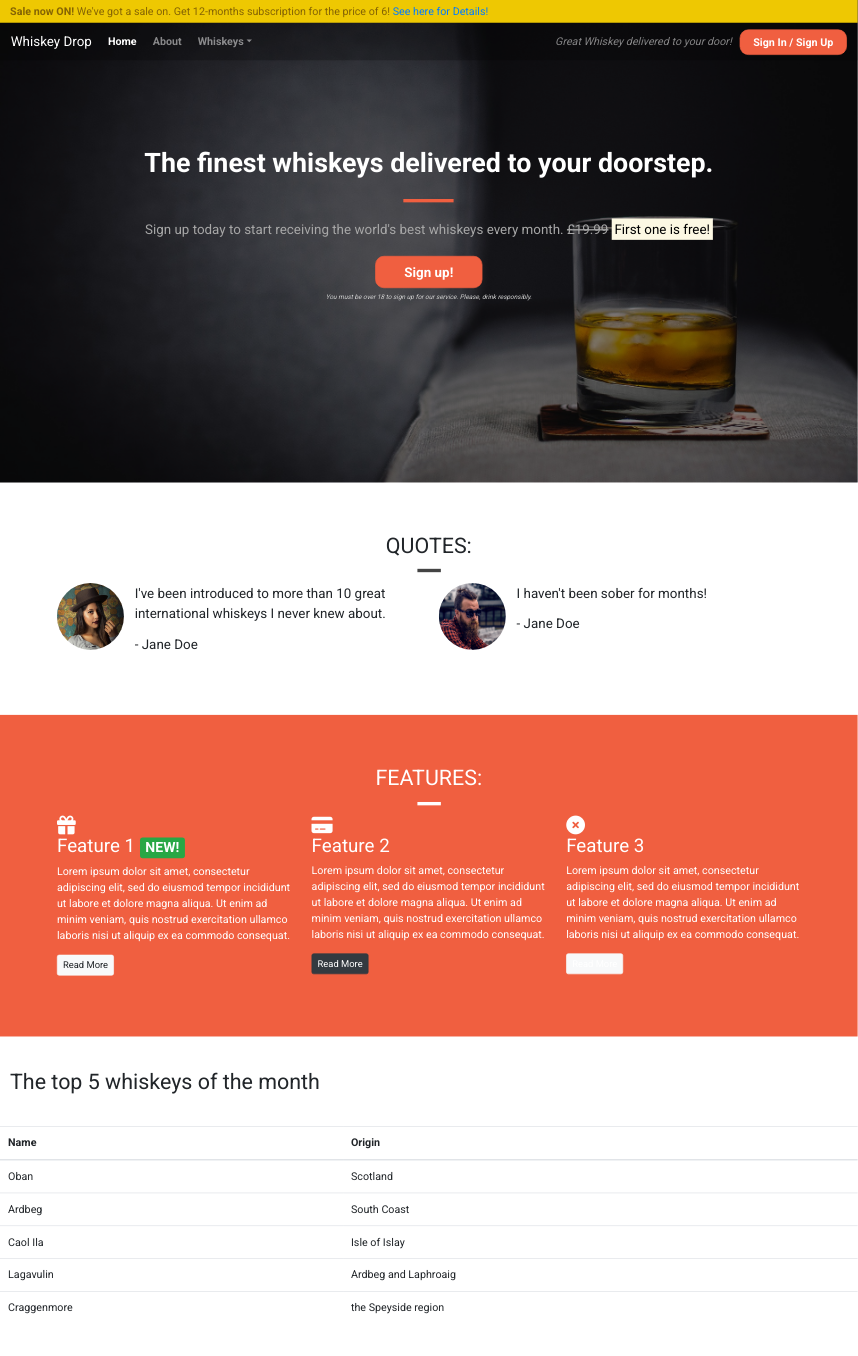
Repository: hidayatmansuri/BootStrap
Page: index.html
The author's editor kept a record of every edit. The page is drawn from the files as they stood at one moment, then again after the next edit.
The browser window is 1280 px wide. The pictures show the whole page, at 67% of full size.
Backgrounds fixed to the window are drawn as part of the page. Some web libraries are served in a nearby version.

Above is the page before.

### index.html
<!DOCTYPE html>
<html lang="en-us">

<head>
    <meta charset="utf-8">
    <meta name="viewport" content="width=device-width, initial-scale=1.0">
    <meta http-equiv="X-UA-Compatible" content="ie=edge">
    <title>Whiskey Drop | Taste a new whiskey every month</title>
    <link rel="stylesheet" href="https://maxcdn.bootstrapcdn.com/bootstrap/4.1.3/css/bootstrap.min.css">
    <script src="https://kit.fontawesome.com/011e87d520.js"></script>
    <link href="https://fonts.googleapis.com/css?family=Roboto:400,700&display=swap" rel="stylesheet">
    <link rel="stylesheet" href="css/style.css" type="text/css" />
</head>

<body>
    <div class="container-fluid navalert-container">
        <div class="container-fluid alert-container">
            <div class="row d-none d-sm-block">
                <div class="col-12">
                    <div class="site-wide-alert aler alert-warning">
                        <strong>Sale now ON!</strong> We've got a sale on. Get 12-months subscription for the price of 6! <a href="">See here for Details!</a>
                    </div>
                </div>
            </div>
        </div>
        <nav class="navbar navbar-dark navbar-expand-sm">
            <a href="/" class="navbar-brand"> Whiskey Drop</a>
            <button class="navbar-toggler ml-auto" type="button" data-toggle="collapse" data-target="#navbarNavDropdown" aria-controls="navbarNavDropdown" aria-expanded="false" aria-label="Toggle navigation">
        <span class="navbar-toggler-icon"></span></button>
            <div class="collapse navbar-collapse" id="navbarNavDropdown">
                <ul class="navbar-nav mr-auto">
                    <li class="active nav-item mr-2"><a class="nav-link" href="/">Home</a></li>
                    <li class="nav-item mr-2"><a class="nav-link" href="/ about">About</a></li>
                    <li class="nav-item dropdown">
                        <a class="nav-link dropdown-toggle" href="#" id="navbarDropdownMenuLink" role="button" data-toggle="dropdown" aria-haspopup="true" aria-expanded="false">Whiskeys</a>
                        <div class="dropdown-menu" aria-labelledby="navbarDropdownMenuLink">
                            <a class="dropdown-item" href="#">Irish</a>
                            <a class="dropdown-item" href="#">Scotch</a>
                            <a class="dropdown-item" href="#">Japanese</a>
                            <a class="dropdown-item" href="#">American</a>
                        </div>
                    </li>
                    <li class="nav-item mr-2 d-block d-sm-none">
                        <a class="nav-link " href="/ login">Sign In / Sign Up</a></li>
                </ul>
            </div>
            <div class="d-none d-md-block">
                <p class="navbar-text my-auto mr-2"><i>Great Whiskey delivered to your door!</i></p>
                <a href="/login" class="btn btn--cta btn--red"> Sign In / Sign Up</a>
            </div>
        </nav>
    </div>

    <!-- Callout -->
    <div class="container-fluid callout-container">
        <div class="opaque-overlay">&nbsp</div>
        <div class="row ">
            <div class="col-12">
                <section class="callout jumbotron text-center">
                    <h1 class="jumbotron-header">The finest whiskeys delivered to your doorstep.</h1>
                    <hr class="block-divider block-divider--orange">
                    <p class="lead">Sign up today to start receiving the world's best whiskeys every month.
                        <s class="d-none d-sm-inline">£19.99</s>
                        <span class="d-inline d-sm-none"><br></span>
                        <strong><mark>First one is free!</mark></strong></p>
                    <button class="btn btn-lg btn--cta btn--red" data-toggle="modal" data-target="#signUpModal">Sign up!</button>
                    <p class="text-muted"><small>You must be over 18 to sign up for our service. Please, drink responsibly.</small></p>
                </section>
            </div>
        </div>
    </div>
    <!-- /.callout -->


    <!-- Quotes -->
    <div class="container-wrapper">
        <div class="container quotes-container content-container">
            <section class="quotes">
                <div class="row">
                    <div class="col-12 page-header">
                        <h2 class="text-uppercase">Quotes:</h2>
                        <hr class="block-divider block-divider--short">
                    </div>
                </div>
                <div class="row">
                    <div class="col-12 col-md-6">
                        <div class="media">
                            <div class="d-none d-sm-block">
                                <img src="images/girl-image.png" class="rounded-circle mr-3" height=100 width=100>
                            </div>
                            <div class="media-body">
                                <blockquote class="blockquote">
                                    <p>I've been introduced to more than 10 great international whiskeys I never knew about.</p>
                                    <p>- Jane Doe</p>
                                </blockquote>
                            </div>
                        </div>
                    </div>
                    <div class="col-12 col-md-6">
                        <div class="media">
                            <div class="d-none d-sm-block">
                                <img src="images/guy-image.png" class="rounded-circle mr-3" height=100 width=100>
                            </div>
                            <div class="media-body">
                                <blockquote class="blockquote">
                                    <p>I haven't been sober for months!</p>
                                    <p>- Jane Doe</p>
                                </blockquote>
                            </div>
                        </div>
                    </div>
                </div>
            </section>
            <!-- /.quotes -->
        </div>
    </div>
    <!-- Features -->
    <div class="containr-wrapper container-wrapper--red">
        <div class="container feature-container content-container">
            <section class="features">
                <div class="row">
                    <div class="col-12 page-header">
                        <h2 class="text-uppercase">Features:</h2>
                        <hr class="block-divider block-divider--short block-divider--white">
                    </div>
                </div>
                <div class="row">
                    <div class="col-12 col-md-6 col-lg-4">
                        <div class="feature">
                            <h3><i class="fas fa-gift d-none d-sm-block"></i> Feature 1 <span class="badge badge-success">NEW!</span></h3>
                            <p>Lorem ipsum dolor sit amet, consectetur adipiscing elit, sed do eiusmod tempor incididunt ut labore et dolore magna aliqua. Ut enim ad minim veniam, quis nostrud exercitation ullamco laboris nisi ut aliquip ex ea commodo consequat.</p>
                            <p><a class="btn btn-sm btn-light" href="">Read More</a></p>
                        </div>
                    </div>
                    <div class="col-12 col-md-6 col-lg-4">
                        <div class="feature">
                            <h3><i class="fas fa-credit-card d-none d-sm-block"></i> Feature 2</h3>
                            <p>Lorem ipsum dolor sit amet, consectetur adipiscing elit, sed do eiusmod tempor incididunt ut labore et dolore magna aliqua. Ut enim ad minim veniam, quis nostrud exercitation ullamco laboris nisi ut aliquip ex ea commodo consequat.</p>
                            <p><a class="btn btn-sm btn-dark href=""">Read More</a></p>
                        </div>
                    </div>
                    <div class="col-12 d-md-none d-lg-block col-lg-4">
                        <div class="feature">
                            <h3><i class="fas fa-times-circle d-none d-sm-block"></i> Feature 3</h3>
                            <p>Lorem ipsum dolor sit amet, consectetur adipiscing elit, sed do eiusmod tempor incididunt ut labore et dolore magna aliqua. Ut enim ad minim veniam, quis nostrud exercitation ullamco laboris nisi ut aliquip ex ea commodo consequat.</p>
                            <p><a class="btn btn-sm btn-light href=""">Read More</a></p>
                        </div>
                    </div>
                </div>
            </section>
            <!-- /.features -->
        </div>
    </div>
    <section>
        <div class="col-12 my-5">
            <h2>The top 5 whiskeys of the month</h2>
        </div>
        <table class="my-5 table">
            <thead>
                <tr>
                    <th scope="col">Name</th>
                    <th scope="col">Origin</th>
                </tr>
            </thead>
            <tbody>
                <tr>
                    <td>Oban</td>
                    <td>Scotland</td>
                </tr>
                <tr>
                    <td>Ardbeg</td>
                    <td>South Coast</td>
                </tr>
                <tr>
                    <td>Caol Ila</td>
                    <td>Isle of Islay</td>
                </tr>
                <tr>
                    <td>Lagavulin</td>
                    <td>Ardbeg and Laphroaig</td>
                </tr>
                <tr>
                    <td>Craggenmore</td>
                    <td>the Speyside region</td>
                </tr>
            </tbody>
        </table>

    </section>

    <div class="modal" tabindex="-1" role="dialog" id="signUpModal">
        <div class="modal-dialog" role="document">
            <div class="modal-content">
                <div class="modal-header">
                    <h5 class="modal-title">Sign Up to Whiskey Drop!</h5>
                    <button type="button" class="close" data-dismiss="modal" aria-label="Close">
          <span aria-hidden="true">&times;</span>
        </button>
                </div>
                <div class="modal-body">
                    <form>
                        <div class="form-group">
                            <label for="exampleInputEmail1">Email address</label>
                            <input type="email" class="form-control" id="exampleInputEmail1" aria-describedby="emailHelp" placeholder="Enter email">
                            <small id="emailHelp" class="form-text text-muted">We'll never share your email with anyone else.</small>
                        </div>
                        <div class="form-group">
                            <label for="Password">Password</label>
                            <input type="password" class="form-control" id="Password" placeholder="Password">
                        </div>
                        <div class="form-group">
                            <label for="repeatPassword">Repeat Password</label>
                            <input type="password" class="form-control" id="repeatPassword" placeholder="Repeat Password">
                        </div>
                        <button type="submit" class="btn btn-success">Submit</button>
                    </form>
                </div>
            </div>
        </div>
    </div>
    <script src="https://code.jquery.com/jquery-3.3.1.slim.min.js" integrity="sha384-q8i/X+965DzO0rT7abK41JStQIAqVgRVzpbzo5smXKp4YfRvH+8abtTE1Pi6jizo" crossorigin="anonymous"></script>
    <script src="https://cdnjs.cloudflare.com/ajax/libs/popper.js/1.14.7/umd/popper.min.js" integrity="sha384-UO2eT0CpHqdSJQ6hJty5KVphtPhzWj9WO1clHTMGa3JDZwrnQq4sF86dIHNDz0W1" crossorigin="anonymous"></script>
    <script src="https://stackpath.bootstrapcdn.com/bootstrap/4.3.1/js/bootstrap.min.js" integrity="sha384-JjSmVgyd0p3pXB1rRibZUAYoIIy6OrQ6VrjIEaFf/nJGzIxFDsf4x0xIM+B07jRM" crossorigin="anonymous"></script>
</body>

</html>

### css/style.css
body {
    font-family: 'Roboto', sans-serif;
}

.container-wrapper{

}

.container-wrapper--red {
    background-color: #f05f40;
    color:white;
}

.alert-container .col-12 {
    padding-left: 0;
    padding-right: 0;
}

.site-wide-alert {
    border-radius: 0;
    margin-bottom: 0;
    padding: 5px 15px;
    background-color: #eec802;
    border-color: #eec802;
}

.callout-container {
    height: 100vh;

    background: url(../images/whiskey-background.jpg) no-repeat bottom right fixed;
    -webkit-background-size: cover;
    -moz-background-size: cover;
    -o-background-size: cover;
    background-size: cover;

    display:flex;
    align-items: center;
    justify-content: center;

    position: relative;

}

.opaque-overlay {
    position: absolute;
    top: 0;
    left: 0;
    height: 100%;
    width: 100%;
    background-color: rgba(0,0,0,0.5);
}

.quotes-container {}

.feature-container {}

/* Page Header */

.page-header {
    margin-bottom: 0;
    border-bottom: 0;
    test-align: center;
}

.page-header h2 {
   margin-top: 0;
   text-align: center;
}

/*Block dividers */

.block-divider {
    width: 75px;
    height: 5px;
    border: 0;
    background-color: #444;

}

.block-divider--orange {
    background-color: #f05f40;
}

.block-divider--white {
    background-color: white;
}

.block-divider--short {
     width: 35px;
}

/* Content Containers */

.content-container {
    padding-top: 75px;
    padding-bottom: 75px;
    /*text-align: center;*/
}

/* Navbar */

.navalert-container {
    position: absolute;
    top:0;
    left:0;
    padding-left: 0;
    padding-right: 0;
    z-index: 1;
}

.navbar {
    margin-bottom: 0;
    border: 0;
    width: 100%;
    background-color: rgba(0,0,0,0.25);
}

.navbar .navbar-nav a {
    font-weight: bold;
}

.navbar .navbar-toggler {
    font-weight: bold;
}

.navbar-brand {
    background-color: transparent;
}

/*jumbotron*/

.jumbotron {
    background-color: transparent;
}

.jumbotron-header {
    color: white;
    font-weight: bold;
    margin-bottom: 30px;
}

.jumbotron .lead {
    margin: 25px 0;
    color: #a7a7a7;
}

.jumbotron small {
    font-size: 60%;
    font-style: italic;
    color: #d0d0d0;
}

/* Buttons */

.btn--cta {
    font-weight: bold;
    border-radius: 13px;
    width: 160px;
}

.btn--red {
    color: white;
    background-color: #f05f40;
    border-color: #f05f40;
}

.btn--red:hover,
.btn--red:active,
.btn--red:focus,
.btn--red:active:focus {
    background-color: #df4929;
    border-color: #df4929;
}

After the next edit:
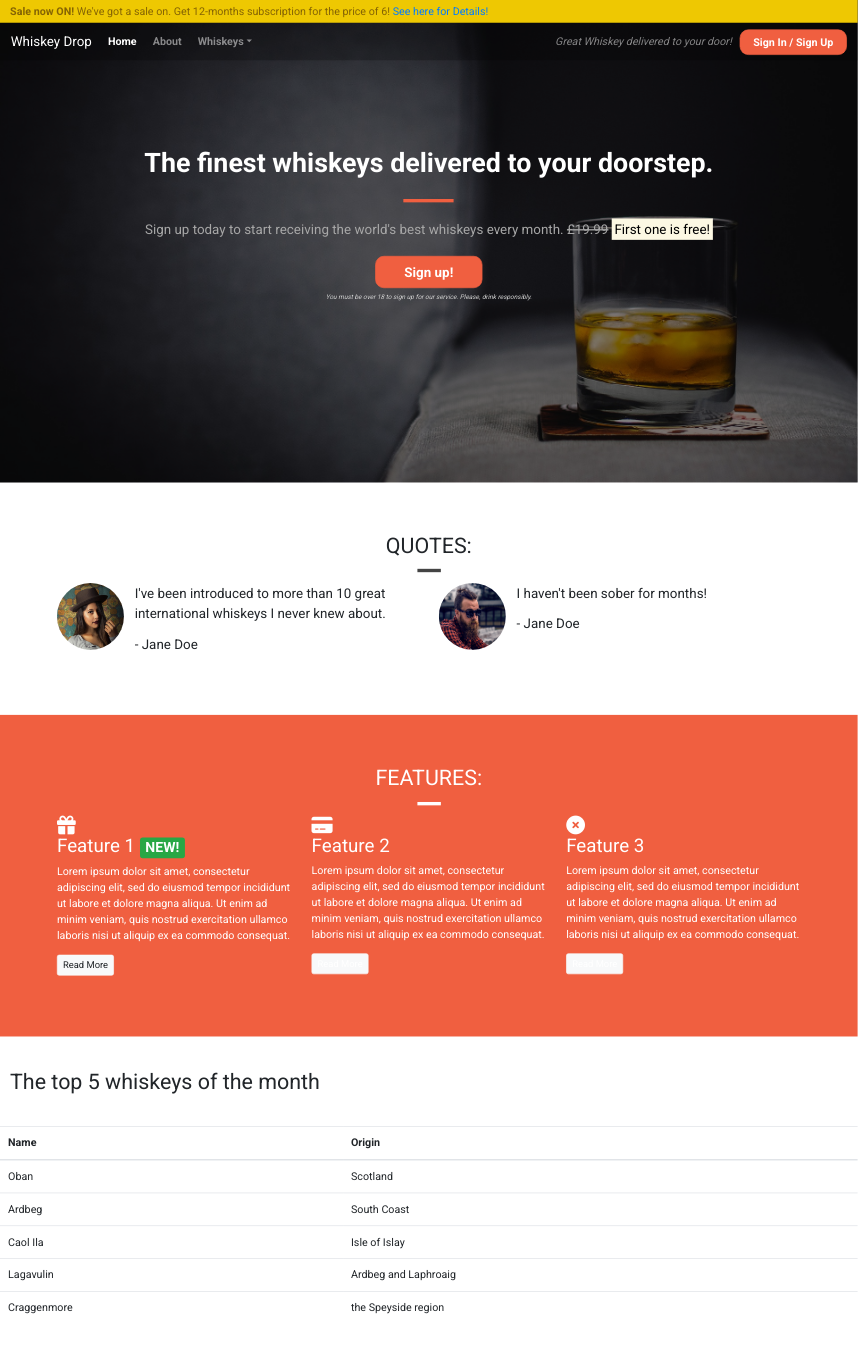
The edit:
--- a/index.html
+++ b/index.html
@@ -136,7 +136,7 @@
                         <div class="feature">
                             <h3><i class="fas fa-credit-card d-none d-sm-block"></i> Feature 2</h3>
                             <p>Lorem ipsum dolor sit amet, consectetur adipiscing elit, sed do eiusmod tempor incididunt ut labore et dolore magna aliqua. Ut enim ad minim veniam, quis nostrud exercitation ullamco laboris nisi ut aliquip ex ea commodo consequat.</p>
-                            <p><a class="btn btn-sm btn-dark href=""">Read More</a></p>
+                            <p><a class="btn btn-sm btn-light href=""">Read More</a></p>
                         </div>
                     </div>
                     <div class="col-12 d-md-none d-lg-block col-lg-4">
